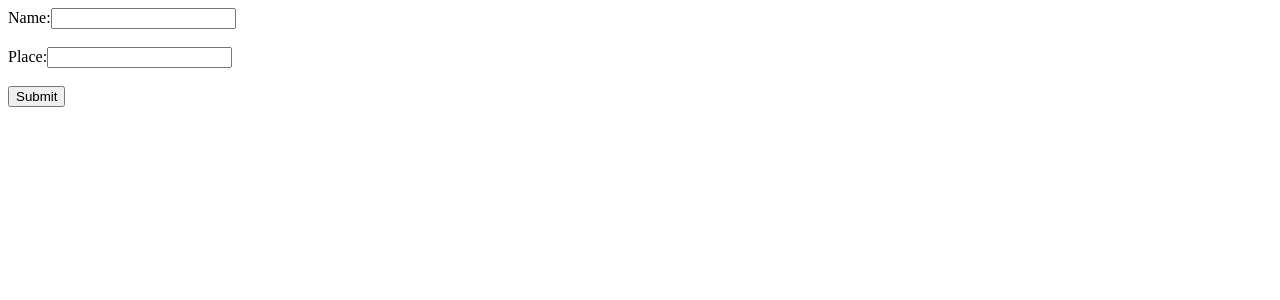
Repository: ayush-ayushman/Servlet-Project
Page: TrailProject/src/main/webapp/index.html
The author's editor kept a copy of each file at every save. The page is drawn from the files as they stood at one save, then again after the next save.
The browser window is 1280 px wide. The pictures show the whole page.

Above is the page before, as saved 2023-10-04 08:06:10.

After the next save:
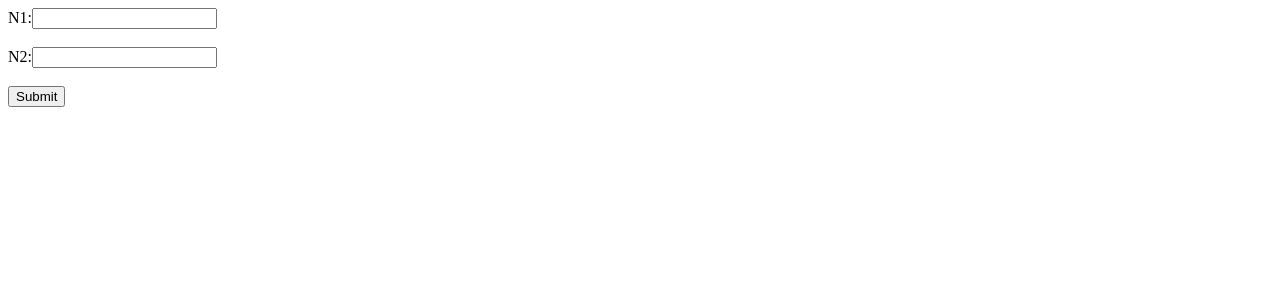
Saved 49 s later.
--- a/TrailProject/src/main/webapp/index.html
+++ b/TrailProject/src/main/webapp/index.html
@@ -6,10 +6,10 @@
 </head>
 <body>
 <form action="s1">
-Name:<input type="text" name="nm" />
+N1:<input type="number" name="n1" />
 	<br></br>
-Place:<input type="text" name="pl" />
-   <br></br>
+N2:<input type="number" name="n1" />
+	<br></br>
    <input type="submit"/>
 </form>
 </form>
